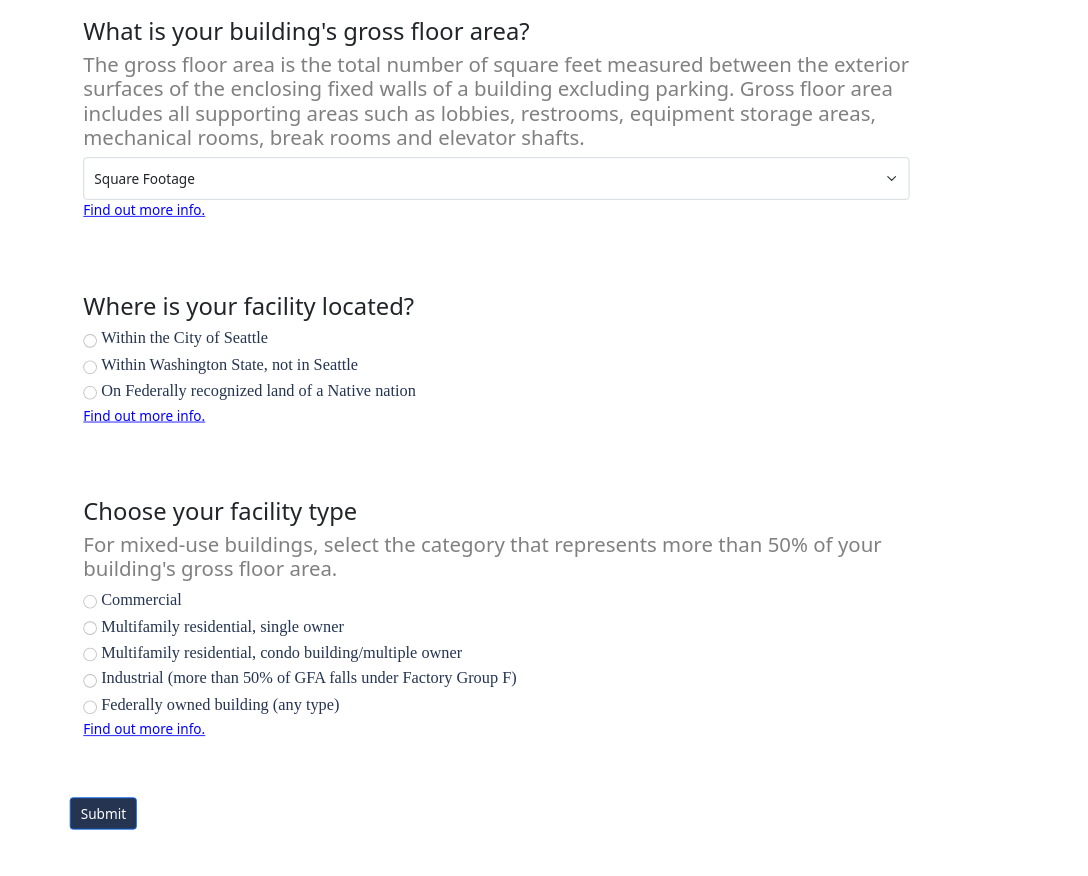
Repository: ChaidGPT/SershonSystemsQuiz
Page: index.html
These files come from the project's save history. The page is drawn as it stood at one moment and after the next save; the edit follows.
The browser window is 1280 px wide. The pictures show the whole page, at 85% of full size.

Above is the page before, as saved 2023-07-19 09:01:28.

After the next save:
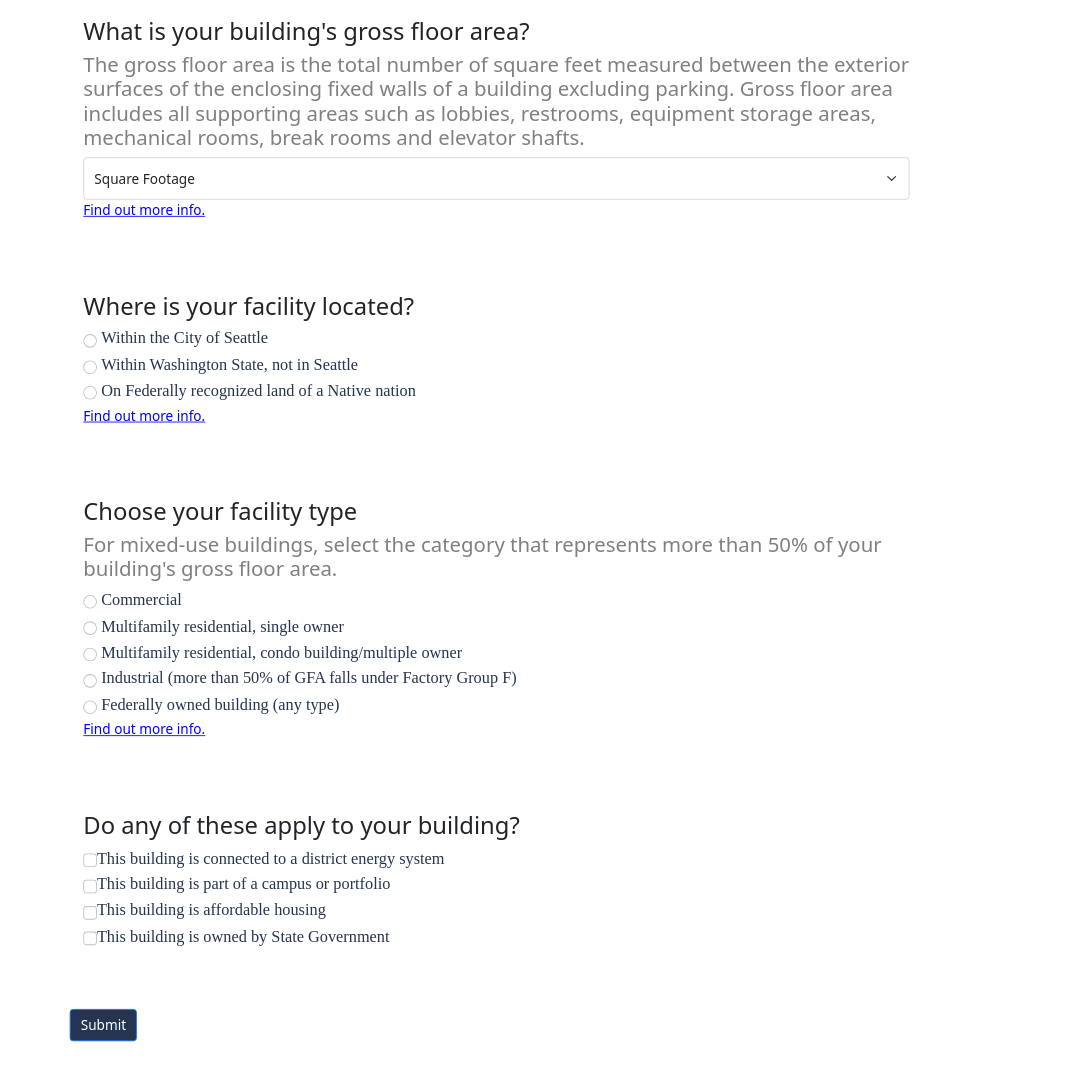
Saved 78 s later.
--- a/index.html
+++ b/index.html
@@ -126,7 +126,6 @@
 		<!-- Question 2 Card End -->
 		<br>
         <br>
-
 		<!-- Question 3 Card -->
 		<div class="card mb-1">
 			<div class="card-body">
@@ -158,11 +157,10 @@
 			</div>
 		</div>
 		<!-- Question 3 Card End -->
-
     <br>
         <br>
     <!-- Question 4 Card -->
-<!-- <div class="card mb-1">
+<div class="card mb-1">
   <div class="card-body">
       <h3 class="card-title">Do any of these apply to your building?</h3>
       <div class="form-check">
@@ -181,12 +179,12 @@
           <input type="checkbox" id="stateGovernment" name="buildingFeatures" value="stateGovernment" class="form-check-input">
           <label for="stateGovernment" class="form-check-label">This building is owned by State Government</label>
       </div>
-      <a href="" target="_blank" class="info-link">Find out more info.</a>
   </div>
-</div> -->
+</div>
 <!-- Question 4 Card End -->
-		<!-- <br>
-        <br> -->
+
+		<br>
+        <br>
 		<button id="submitBtn" type="submit" class="btn btn-primary">Submit</button>
 	</div>
 
@@ -424,9 +422,9 @@
   var R1 = document.querySelector('input[name="buildingLocation"]:checked').value;
   var R2 = document.querySelector('input[name="facilityType"]:checked').value;
 
-  // // Retrieve the selected checkboxes for the 4th question
-  // var checkboxes = document.querySelectorAll('input[name="buildingFeatures"]:checked');
-  // var buildingFeatures = Array.from(checkboxes).map(checkbox => checkbox.value);
+  // Retrieve the selected checkboxes for the 4th question
+  var checkboxes = document.querySelectorAll('input[name="buildingFeatures"]:checked');
+  var buildingFeatures = Array.from(checkboxes).map(checkbox => checkbox.value);
 
   // Check to see if the user chose a square footage
   if (DD === '') {
@@ -434,7 +432,7 @@
     return;
   }
 
-  var combination = DD + '-' + R1 + '-' + R2 + '_' + buildingFeatures.Join(',');
+  var combination = DD + '-' + R1 + '-' + R2 + '_' + buildingFeatures.Join();
 
   // Check if the combination contains specific values
   if (R1 === 'native' || R2 === 'federal' || R2 === 'industrial' || DD === 'under20k') {
